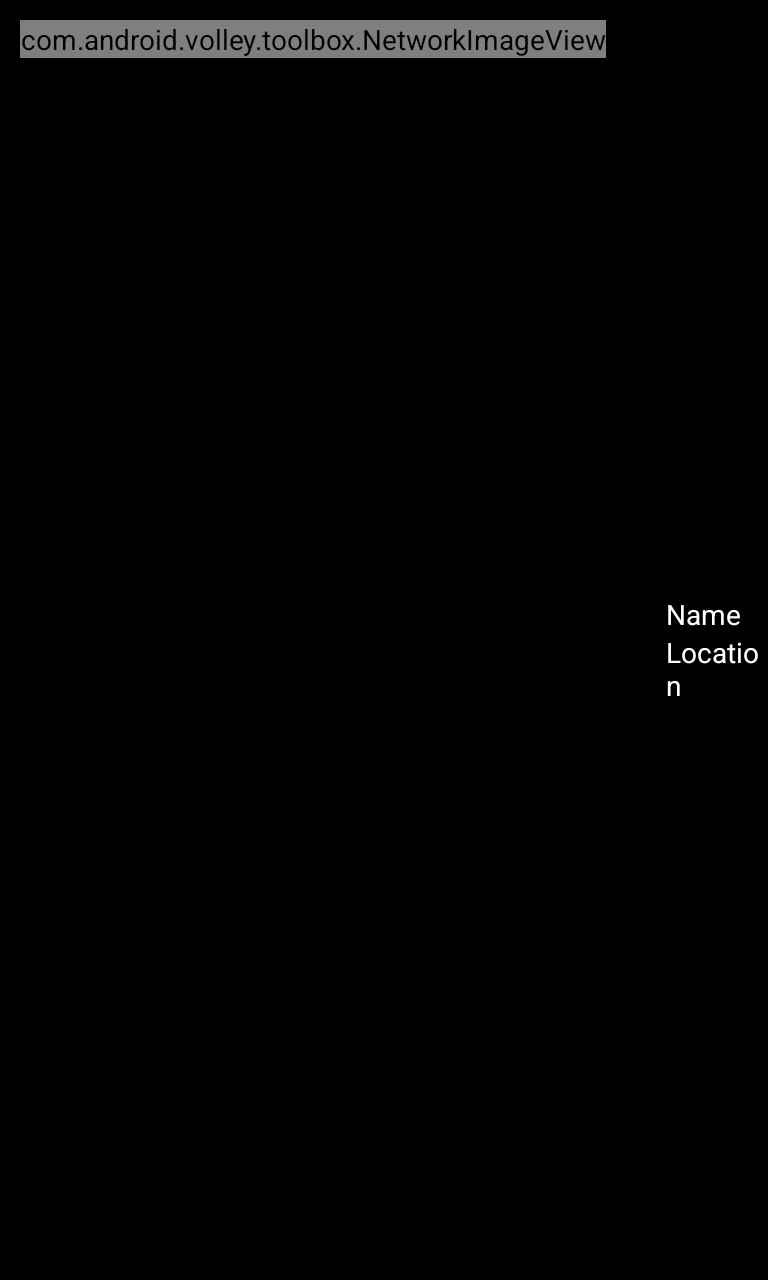
Repository: cnevinc/togather
Layout: GeorgeMe/res/layout/list_item_user.xml
These files come from the project's save history. The layout is drawn as it stood at one moment and after the next save; the edit follows.
Pictures or frames that could not be fetched are drawn as grey boxes. It is drawn on a 768 x 1280 px phone screen (xhdpi) without system bars, with theme android:Theme.Holo; the app's code is not run.

Above is the layout before, as saved 2014-07-26 14:55:50.

After the next save:
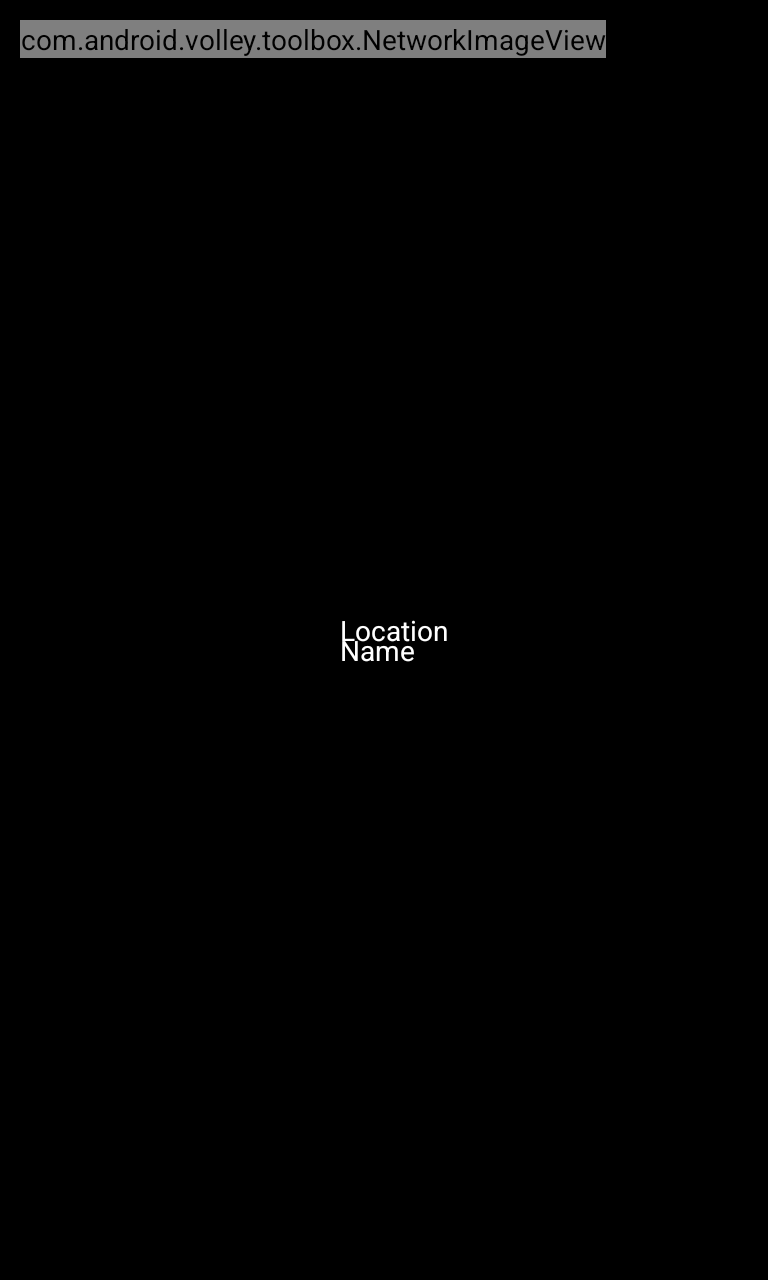
Saved 34 s later.
--- a/GeorgeMe/res/layout/list_item_user.xml
+++ b/GeorgeMe/res/layout/list_item_user.xml
@@ -30,7 +30,7 @@
 
         <com.android.volley.toolbox.NetworkImageView
             xmlns:app="http://schemas.android.com/apk/res-auto"
-            android:id="@+id/user_image"
+            android:id="@+id/thumbail"
             android:layout_width="wrap_content"
             android:layout_height="wrap_content"
             android:layout_marginLeft="10dp"
@@ -51,7 +51,7 @@
             <!-- android:layout_alignParentTop="true" -->
 
             <TextView
-                android:id="@+id/user_name"
+                android:id="@+id/title"
                 android:layout_width="wrap_content"
                 android:layout_height="wrap_content"
                 android:layout_marginLeft="10dp"
@@ -60,7 +60,7 @@
                 android:textColor="#ffffff" />
 
             <TextView
-                android:id="@+id/user_location"
+                android:id="@+id/desc"
                 android:layout_width="wrap_content"
                 android:layout_height="wrap_content"
                 android:layout_below="@+id/user_name"

After the save that followed:
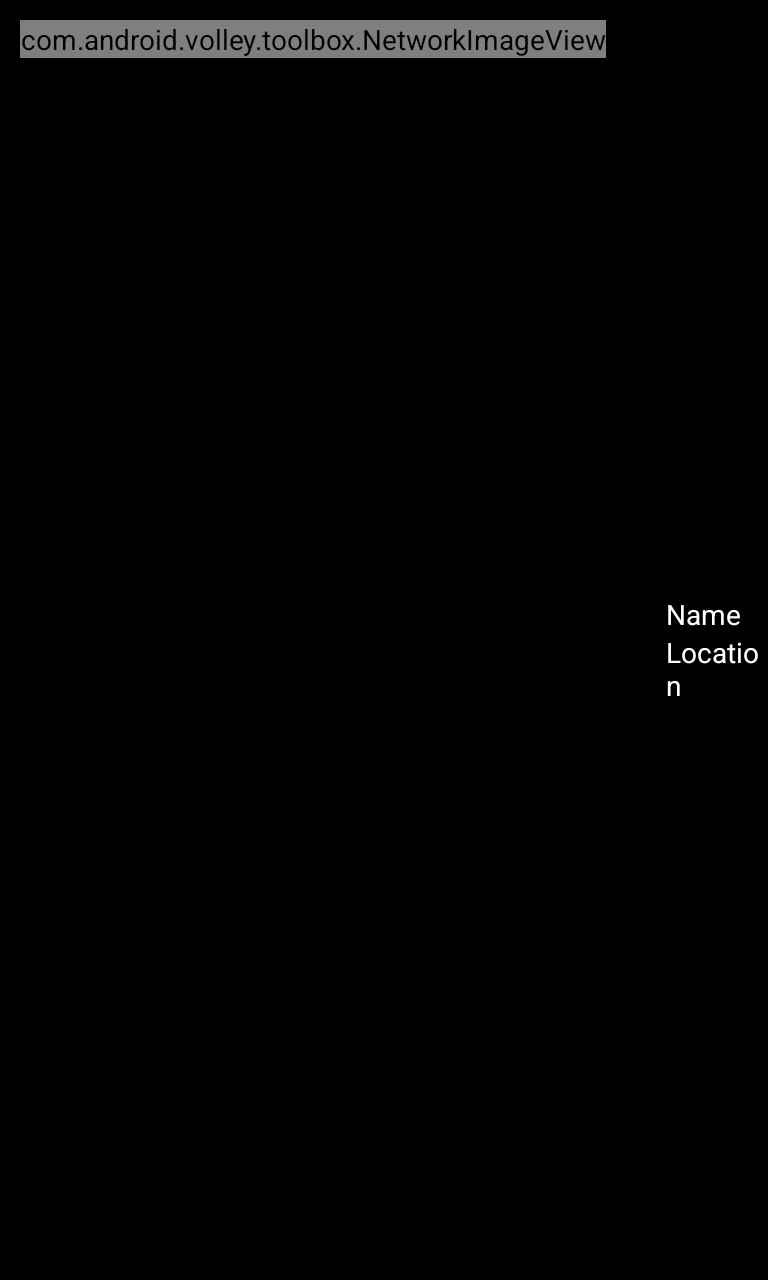
Saved 12 s later.
--- a/GeorgeMe/res/layout/list_item_user.xml
+++ b/GeorgeMe/res/layout/list_item_user.xml
@@ -45,7 +45,7 @@
             android:layout_height="wrap_content"
             android:layout_centerInParent="true"
             android:layout_marginLeft="20dp"
-            android:layout_toRightOf="@+id/user_image"
+            android:layout_toRightOf="@+id/thumbail"
             android:gravity="center" >
 
             <!-- android:layout_alignParentTop="true" -->
@@ -63,7 +63,7 @@
                 android:id="@+id/desc"
                 android:layout_width="wrap_content"
                 android:layout_height="wrap_content"
-                android:layout_below="@+id/user_name"
+                android:layout_below="@+id/title"
                 android:layout_marginLeft="10dp"
                 android:text="Location"
                 android:textColor="#ffffff" />
